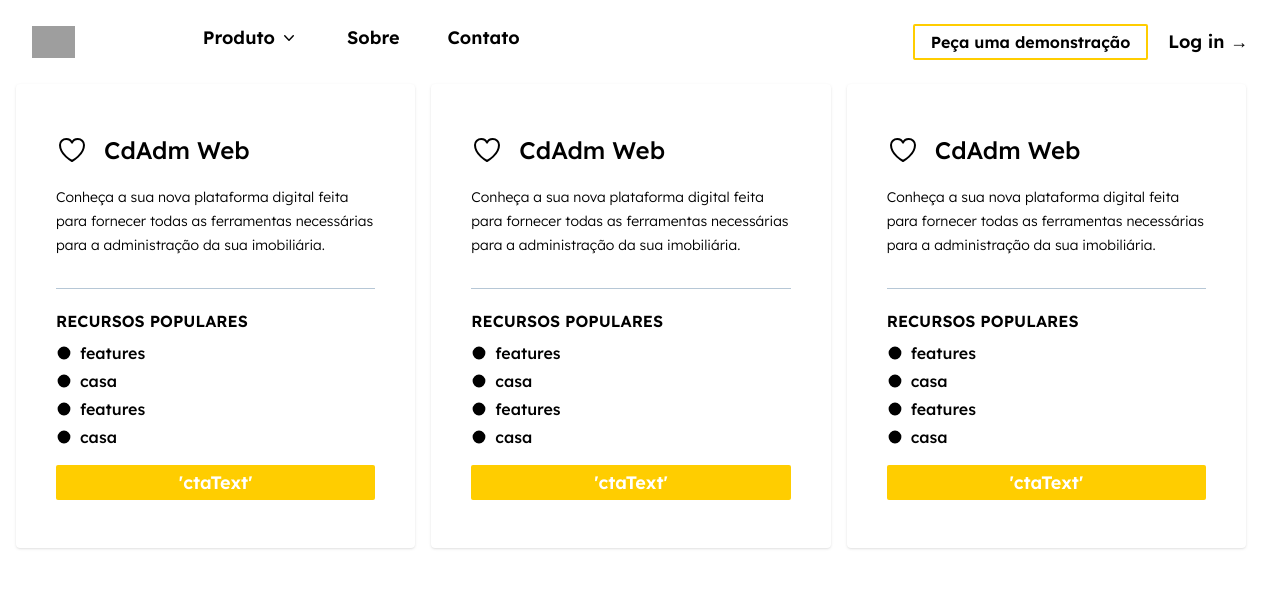
Repository: VereAbsolutum/site-institucional
Page: /
These files come from the project's save history. The page is drawn as it stood at one moment and after the next save; the edit follows.
The browser window is 1280 px wide. The pictures show the whole page.
Pictures or frames that could not be fetched are drawn as grey boxes. The project was rebuilt for these pictures with package versions that can differ from the ones it lists, and the page was loaded fresh each time. Also part of the build but not shown: vite.config.ts, src/presentation/components/buttons/button-primary.tsx, src/presentation/components/links/link-border-primary.tsx, src/presentation/components/links/link-border-white.tsx, src/presentation/components/typography/display.tsx, src/presentation/components/typography/heading1.tsx, src/presentation/components/typography/heading2.tsx, src/presentation/components/typography/heading3.tsx and 4 more.

Above is the page before, as saved 2023-04-14 21:33:39.

After the next save:
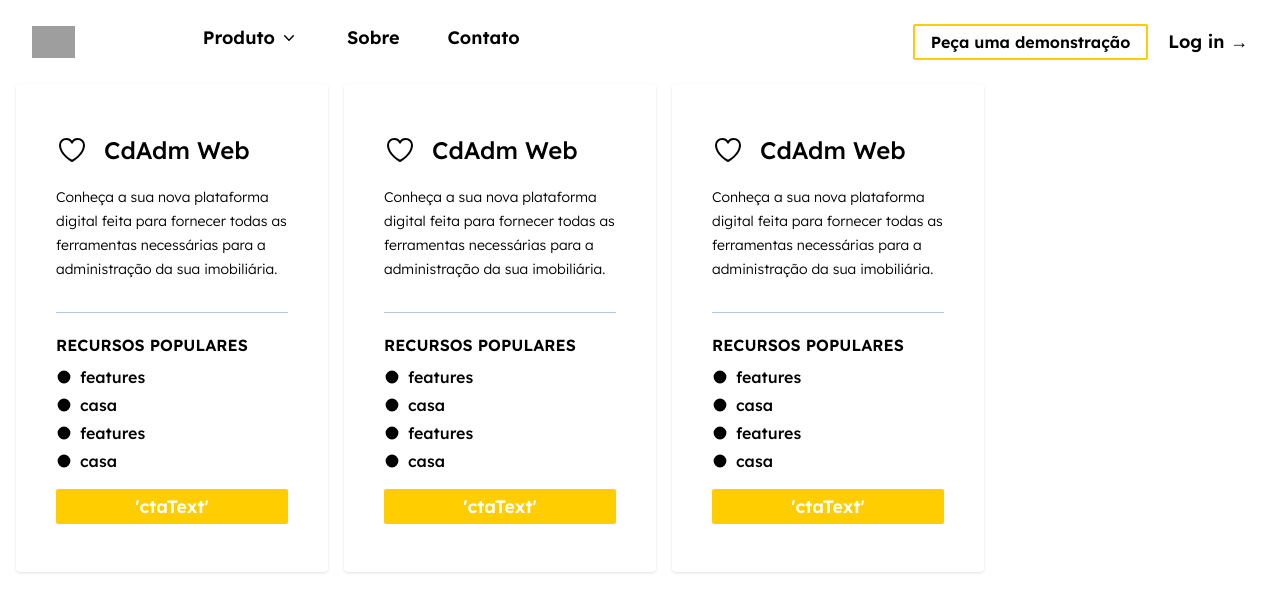
Saved 5 s later.
--- a/src/presentation/components/card/product-card.tsx
+++ b/src/presentation/components/card/product-card.tsx
@@ -13,7 +13,7 @@ type ProductCardProps = {
 
 const ProductCard: React.FC = () => {
     return (
-        <div className="bg-white p-6 rounded shadow px-10 py-12 w-full sm:w-1/2 lg:w-[32%]">
+        <div className="bg-white p-6 rounded shadow px-10 py-12 w-full sm:w-1/2 lg:w-[25%]">
             <div className="flex flex-col">
                 <div className="flex items-center mb-4">
                     <HeartIcon className="w-8 h-auto mr-4 text-blue-500" />
